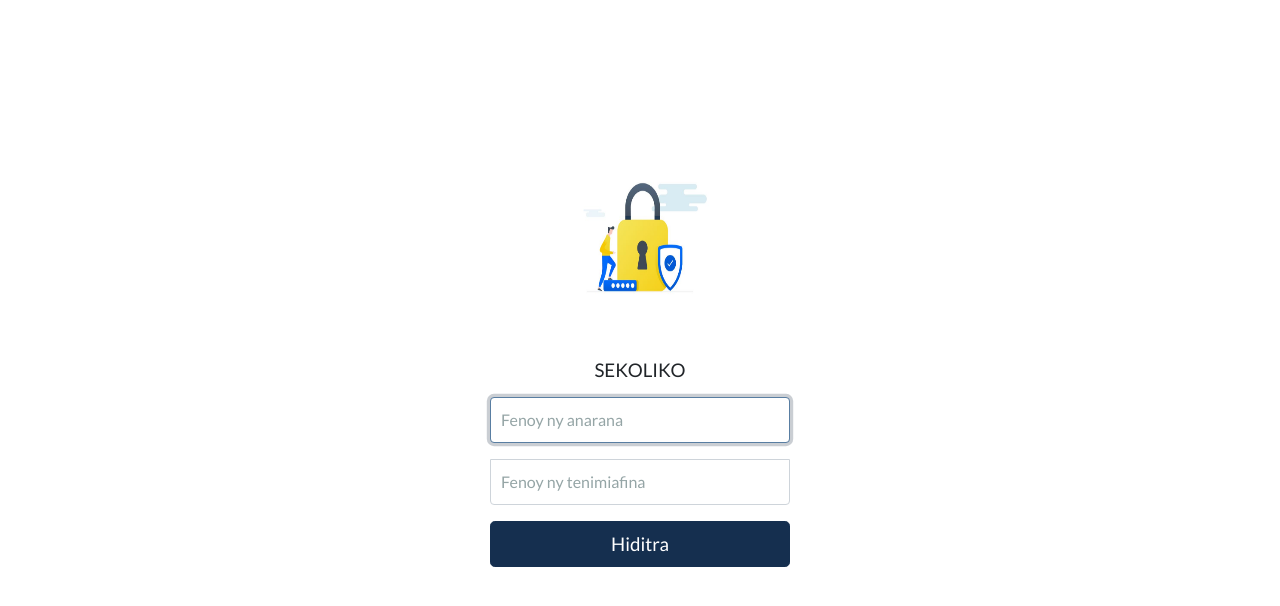
Repository: niainamahefa/j2ee-sekoliko
Page: http://localhost/Ecole/login
These files come from the project's save history. The page is drawn as it stood at one moment and after the next save; the edit follows.
The browser window is 1280 px wide. The pictures show the whole page.
The page is served by Tomcat 9. Other server files are loaded and not shown.

Above is the page before, as saved 2021-02-03 18:38:55.

### Ecole/WebContent/WEB-INF/login.jsp
<%@ page language="java" contentType="text/html; charset=ISO-8859-1"
    pageEncoding="ISO-8859-1"%>
<!doctype html>
<html lang="en">
  <head>
    <meta charset="utf-8">
    <meta name="viewport" content="width=device-width, initial-scale=1, shrink-to-fit=no">
    <meta name="description" content="">
    <meta name="author" content="Mark Otto, Jacob Thornton, and Bootstrap contributors">
    <meta name="generator" content="Jekyll v4.1.1">
    <title>Sekoly</title>

    <!-- Bootstrap core CSS -->
	<link href="./assets/css/bootstrap.min.css" rel="stylesheet">
	<link href="./assets/css/signin.css" rel="stylesheet">

    <style>
      .bd-placeholder-img {
        font-size: 1.125rem;
        text-anchor: middle;
        -webkit-user-select: none;
        -moz-user-select: none;
        -ms-user-select: none;
        user-select: none;
      }

      @media (min-width: 768px) {
        .bd-placeholder-img-lg {
          font-size: 3.5rem;
        }
      }
    </style>
    <!-- Custom styles for this template -->
    <link href="signin.css" rel="stylesheet">
  </head>
  <body class="text-center">
	    <form class="form-signin" method="post">
		  <img class="mb-4" src="./assets/images/security.jpg" alt="" width="172" height="182">
		  <h1 class="h5 mb-3 font-weight-normal">SEKOLIKO</h1>
		  <label for="inputEmail" class="sr-only">Anarana</label>
		  <input type="text" id="inputEmail" class="form-control" placeholder="Fenoy ny anarana"  name="anarana" required autofocus>
		  <label for="inputPassword" class="sr-only">Tenimiafina</label>
		  <input type="password" id="inputPassword" class="form-control mt-3" placeholder="Fenoy ny tenimiafina" name="tenimiafina" required>
		  <div class="checkbox mb-3">
		  </div>
		  <button class="btn btn-lg btn-primary btn-block" type="submit">Hiditra</button>
		</form>
	</body>
</html>

### Ecole/src/com/ecole/servlet/LoginServlet.java
package com.ecole.servlet;

import java.io.IOException;

import javax.servlet.ServletException;
import javax.servlet.http.HttpServlet;
import javax.servlet.http.HttpServletRequest;
import javax.servlet.http.HttpServletResponse;

import com.ecole.model.User;

public class LoginServlet extends HttpServlet{


	@Override
	protected void doGet(HttpServletRequest req, HttpServletResponse resp) throws ServletException, IOException {
		System.out.println("Login Servlet - doGet méthode");
		req.getRequestDispatcher("/WEB-INF/login.jsp").forward(req, resp);
	}

	@Override
	protected void doPost(HttpServletRequest req, HttpServletResponse resp) throws ServletException, IOException {
		System.out.println("Login Servlet - doPost méthode");

		String anarana = req.getParameter("anarana");
		String tenimiafina = req.getParameter("tenimiafina");

		System.out.println("Anarana : " + anarana + " Tenimifina : " + tenimiafina );

		if (anarana.equals("admin") && (tenimiafina.equals("sekoliko"))) {
			System.out.println("Tongasoa eto @ logiciel Sekoliko");

			req.getSession().setAttribute("user", new User (anarana,tenimiafina));
			resp.sendRedirect("accueil");
		}
		else {
			System.out.println("Hamarino azafady");
			resp.sendRedirect("login");
		}
	}




}

### Ecole/WebContent/assets/css/signin.css
html,
body {
  height: 100%;
}

body {
  display: -ms-flexbox;
  display: flex;
  -ms-flex-align: center;
  align-items: center;
  padding-top: 40px;
  padding-bottom: 40px;
}

.form-signin {
  width: 100%;
  max-width: 330px;
  padding: 15px;
  margin: auto;
}
.form-signin .checkbox {
  font-weight: 400;
}
.form-signin .form-control {
  position: relative;
  box-sizing: border-box;
  height: auto;
  padding: 10px;
  font-size: 16px;
}
.form-signin .form-control:focus {
  z-index: 2;
}
.form-signin input[type="email"] {
  margin-bottom: -1px;
  border-bottom-right-radius: 0;
  border-bottom-left-radius: 0;
}
.form-signin input[type="password"] {
  margin-bottom: 10px;
  border-top-left-radius: 0;
  border-top-right-radius: 0;
}

Loaded but not shown: Ecole/WebContent/assets/css/bootstrap.min.css (library)

After the next save:
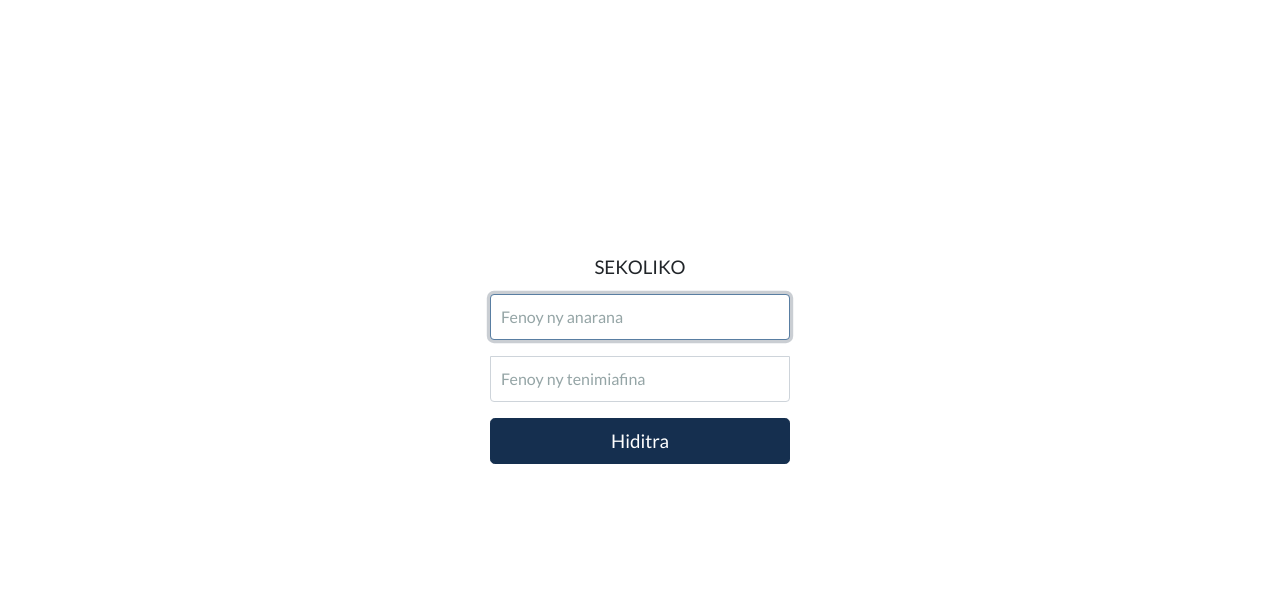
Saved 19 s later.
--- a/Ecole/WebContent/WEB-INF/login.jsp
+++ b/Ecole/WebContent/WEB-INF/login.jsp
@@ -35,7 +35,6 @@
   </head>
   <body class="text-center">
 	    <form class="form-signin" method="post">
-		  <img class="mb-4" src="./assets/images/security.jpg" alt="" width="172" height="182">
 		  <h1 class="h5 mb-3 font-weight-normal">SEKOLIKO</h1>
 		  <label for="inputEmail" class="sr-only">Anarana</label>
 		  <input type="text" id="inputEmail" class="form-control" placeholder="Fenoy ny anarana"  name="anarana" required autofocus>
